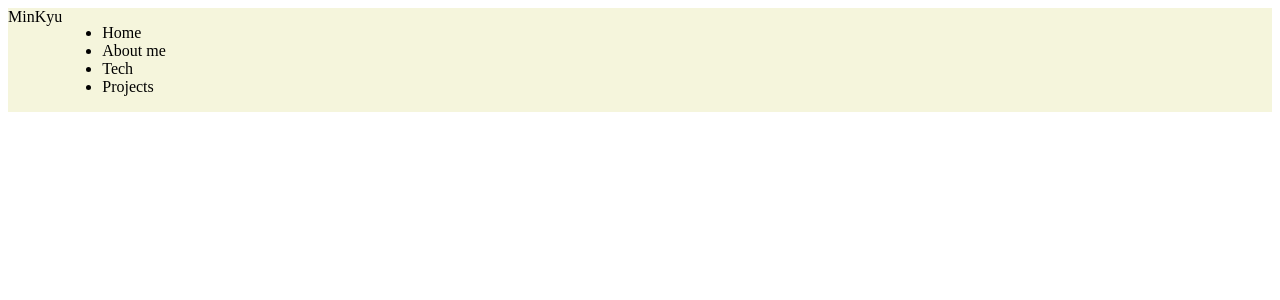
Repository: alsrb0504/portfolio-blog
Page: /
These files come from the project's save history. The page is drawn as it stood at one moment and after the next save; the edit follows.
The browser window is 1280 px wide. The pictures show the whole page.
The project was rebuilt for these pictures with package versions that can differ from the ones it lists, and the page was loaded fresh each time. Also part of the build but not shown: src/app.module.css.

Above is the page before, as saved 2021-07-12 15:40:39.

After the next save:
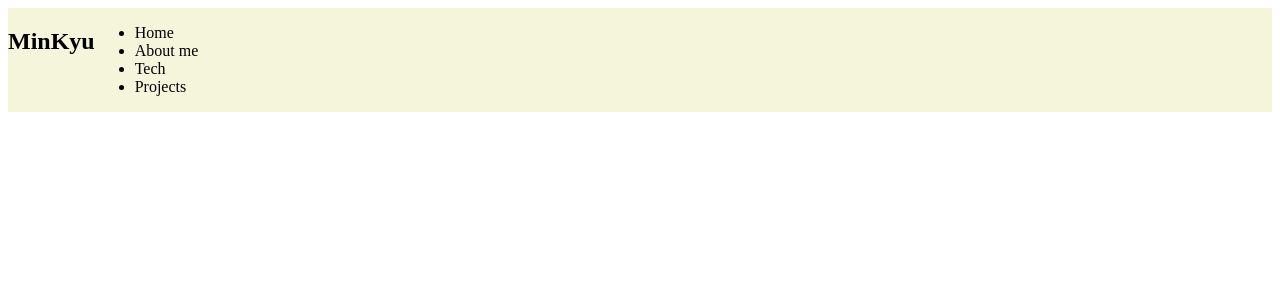
Saved 18 s later.
--- a/src/components/header/header.jsx
+++ b/src/components/header/header.jsx
@@ -6,7 +6,7 @@ const Header = (props) => {
 
   return(
     <header className={styles.header}>
-      <span className={styles.title}>MinKyu</span>
+      <h2 className={styles.title}>MinKyu</h2>
       <ul className={styles.menus}>
         <li className={styles.menu}><span>Home</span></li>
         <li className={styles.menu}><span>About me</span></li>
